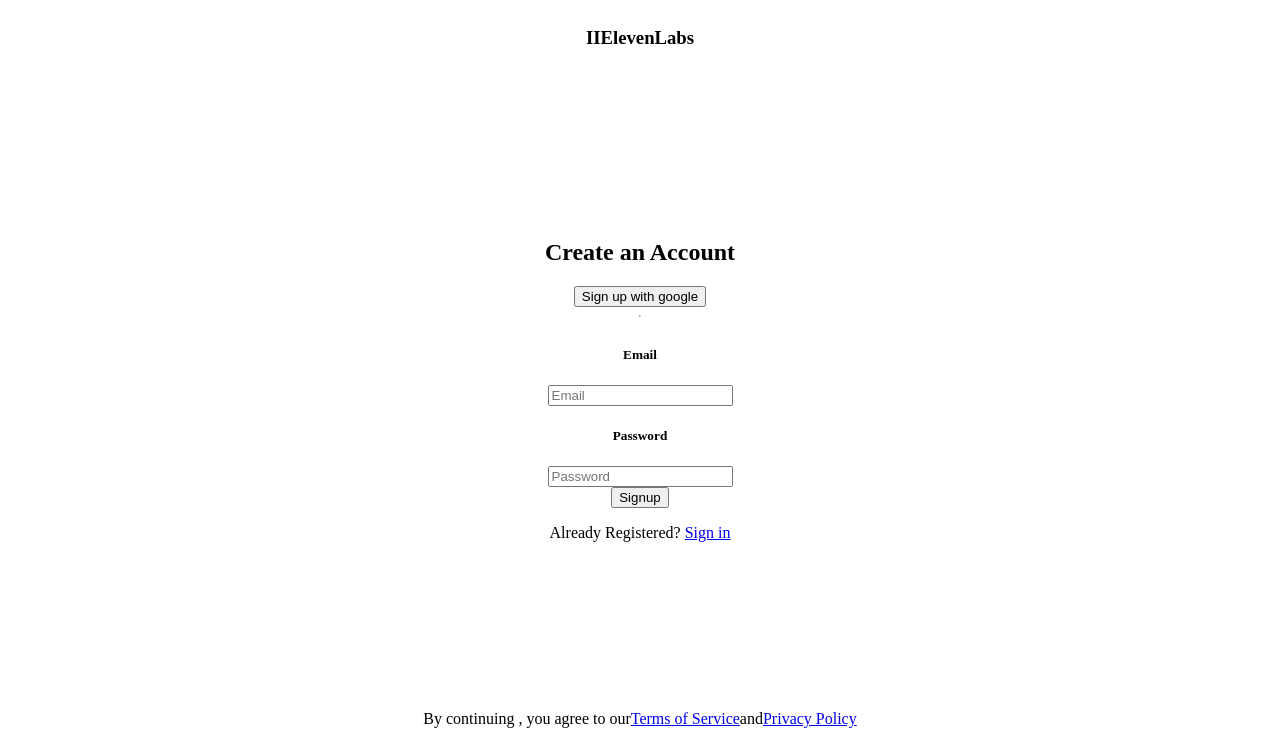
Repository: RohanSai22/harkirat-cohort-learnings
Page: Web/w1_a.html
The author's editor kept a copy of each file at every save. The page is drawn from the files as they stood at one save, then again after the next save.
The browser window is 1280 px wide. The pictures show the whole page.
Pictures or frames that could not be fetched are drawn as grey boxes.

Above is the page before, as saved 2026-03-24 10:15:44.

### Web/w1_a.html
<html>
    <head>
        <title>Elevel Labs Assignment</title>
    </head>
    <body>
        <div style="display: flex; flex-direction: column; min-height: 100vh;justify-content: space-between">
            <div style="display:flex; justify-content: center;">
                <h3>IIElevenLabs</h3>
            </div>
            <div style="display: flex; justify-content: center; align-items: center; flex-direction: column; ">
                <h2>Create an Account</h2>
                <button onclick="window.location.href='https://www.gmail.com'">Sign up with google</button>
                <hr>
                <h5>Email</h5>
                <input type="email" placeholder="Email"/>
                <h5>Password</h5>
                <input type="password" placeholder="Password"/>
                <button>Signup</button>
                <p>
                    Already Registered?
                    <a href="https://www.gmail.com">Sign in</a>
                </p>
            </div>
            <div style="display:flex;justify-content: center;">
                By continuing , you agree to our <a href="https://www.google.com/terms-and-conditions">Terms of Service</a> and <a href="https://www.google.com/privacy-policy">Privacy Policy</a>
            </div>
        </div>
    </body>
</html>

After the next save:
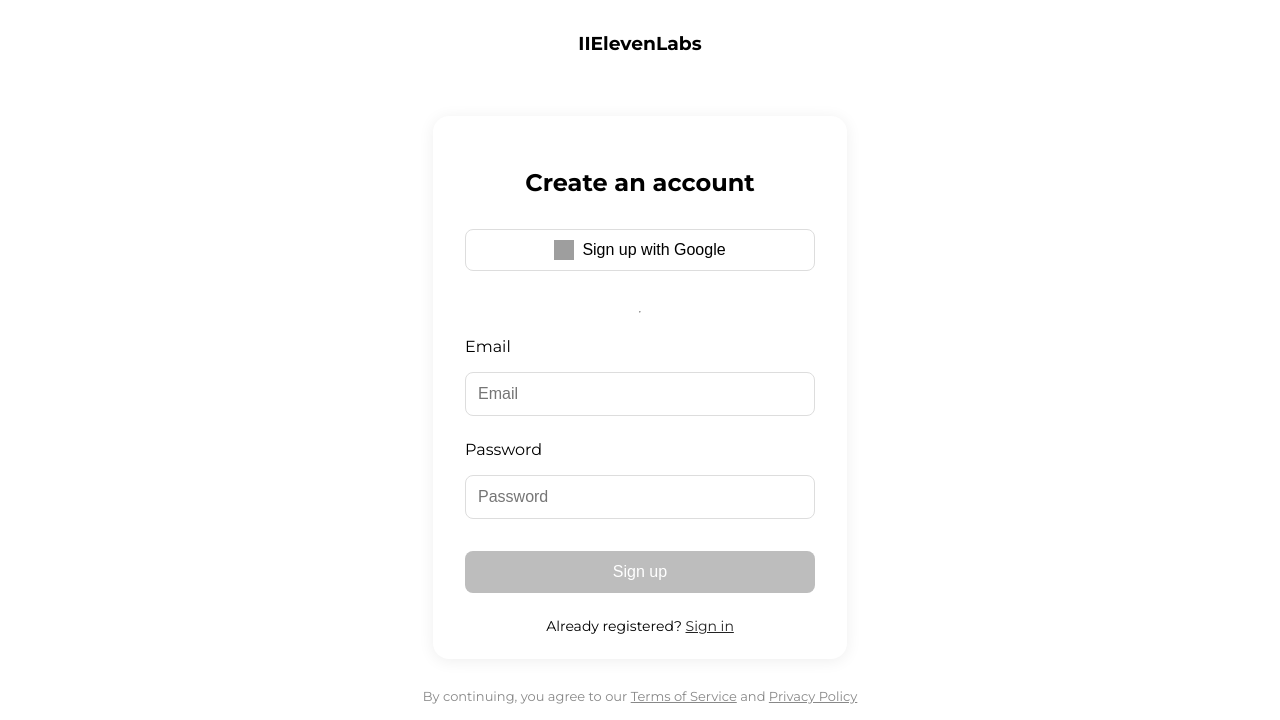
Saved 30 s later.
--- a/Web/w1_a.html
+++ b/Web/w1_a.html
@@ -1,3 +1,4 @@
+<!--Myversion
 <html>
     <head>
         <title>Elevel Labs Assignment</title>
@@ -27,3 +28,130 @@
         </div>
     </body>
 </html>
+--->
+
+<!DOCTYPE html>
+<html>
+<head>
+  <title>IIElevenLabs Assignment</title>
+  <link href="https://fonts.googleapis.com/css?family=Montserrat:700,400&display=swap" rel="stylesheet">
+  <style>
+    body {
+      margin: 0;
+      height: 100vh;
+      font-family: 'Montserrat', Arial, sans-serif;
+      background: #fff;
+      display: flex;
+      flex-direction: column;
+      min-height: 100vh;
+    }
+    .container {
+      flex: 1;
+      display: flex;
+      flex-direction: column;
+      justify-content: center;
+      align-items: center;
+    }
+    .form-box {
+      background: #fff;
+      border-radius: 16px;
+      box-shadow: 0 2px 16px rgba(0,0,0,0.07);
+      padding: 32px 32px 24px 32px;
+      min-width: 350px;
+      display: flex;
+      flex-direction: column;
+      align-items: stretch;
+      gap: 16px;
+    }
+    .form-box h2 {
+      text-align: center;
+      font-weight: 700;
+      margin-bottom: 16px;
+    }
+    .google-btn {
+      display: flex;
+      align-items: center;
+      justify-content: center;
+      gap: 8px;
+      background: #fff;
+      border: 1px solid #ddd;
+      border-radius: 8px;
+      padding: 10px 0;
+      font-size: 16px;
+      cursor: pointer;
+      margin-bottom: 16px;
+    }
+    .google-btn img {
+      width: 20px;
+      height: 20px;
+    }
+    input[type="email"], input[type="password"] {
+      border: 1px solid #ddd;
+      border-radius: 8px;
+      padding: 12px;
+      font-size: 16px;
+      margin-bottom: 8px;
+    }
+    .signup-btn {
+      background: #bdbdbd;
+      color: #fff;
+      border: none;
+      border-radius: 8px;
+      padding: 12px;
+      font-size: 16px;
+      margin-top: 8px;
+      cursor: not-allowed;
+    }
+    .signin-link {
+      text-align: center;
+      font-size: 14px;
+      margin-top: 8px;
+    }
+    .signin-link a {
+      color: #222;
+      text-decoration: underline;
+      font-weight: 500;
+    }
+    .footer {
+      text-align: center;
+      font-size: 13px;
+      color: #888;
+      margin-bottom: 16px;
+    }
+    .footer a {
+      color: #888;
+      text-decoration: underline;
+    }
+    h3 {
+      text-align: center;
+      font-weight: 700;
+      margin-top: 32px;
+      margin-bottom: 32px;
+    }
+  </style>
+</head>
+<body>
+  <h3>IIElevenLabs</h3>
+  <div class="container">
+    <div class="form-box">
+      <h2>Create an account</h2>
+      <button class="google-btn">
+        <img src="https://upload.wikimedia.org/wikipedia/commons/5/53/Google_%22G%22_Logo.svg" alt="Google logo">
+        Sign up with Google
+      </button>
+      <hr>
+      <label>Email</label>
+      <input type="email" placeholder="Email"/>
+      <label>Password</label>
+      <input type="password" placeholder="Password"/>
+      <button class="signup-btn" disabled>Sign up</button>
+      <div class="signin-link">
+        Already registered? <a href="#">Sign in</a>
+      </div>
+    </div>
+  </div>
+  <div class="footer">
+    By continuing, you agree to our <a href="#">Terms of Service</a> and <a href="#">Privacy Policy</a>
+  </div>
+</body>
+</html>
